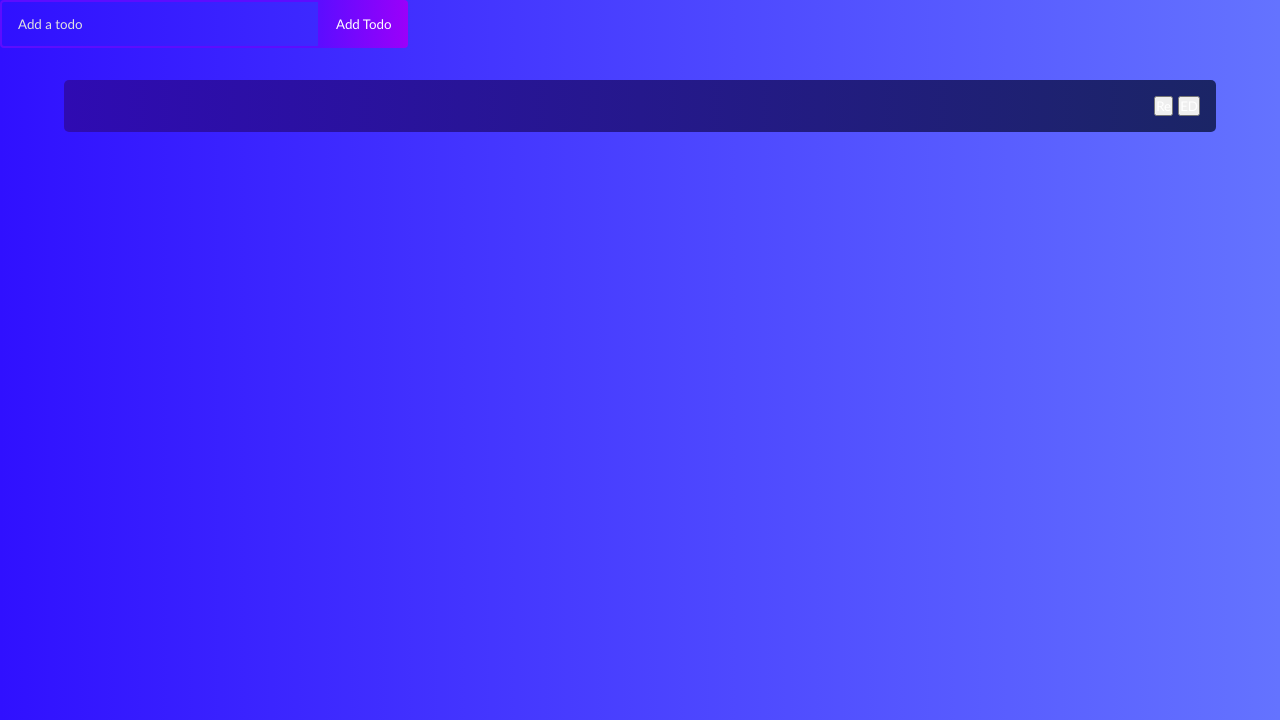
Repository: kirangautam45/ToDoList
Page: /, after clicking the first element matching `button.todo-button`
These files come from the project's save history. The page is drawn as it stood at one moment and after a run of saves; the edit follows.
The browser window is 1280 px wide. The pictures show the whole page.
The project was rebuilt for these pictures with package versions that can differ from the ones it lists, and the page was loaded fresh each time.

Above is the page before, as saved 2022-08-06 08:43:18.

### src/App.js
import React, { useState } from 'react';
import TodoForm from './TodoForm';
import Todo from './Todo';
function App() {
  const [todos, setTodos] = useState([]);

  const addTodo = todo => {

    const newTodos = [todo, ...todos];

    setTodos(newTodos);
    console.log(...todos);
  };

  const updateTodo = (todoId, newValue) => {

    setTodos(prev => prev.map(item => (item.id === todoId ? newValue : item)));
  };

  const removeTodo = id => {
    const removedArr = [...todos].filter(todo => todo.id !== id);

    setTodos(removedArr);
  };

  const completeTodo = id => {
    let updatedTodos = todos.map(todo => {
      if (todo.id === id) {
        todo.isComplete = !todo.isComplete;
      }
      return todo;
    });
    setTodos(updatedTodos);
  };
  return (
    <div className="App">
    <TodoForm onSubmit={addTodo} />
      <Todo
        todos={todos}
        completeTodo={completeTodo}
        removeTodo={removeTodo}
        updateTodo={updateTodo}
      />
    </div>
  );
}

export default App;

### src/TodoForm.js
import React, { useState, useEffect, useRef } from "react";
import "./App.css";

const TodoForm = (props) => {
  const [input, setInput] = useState(props.edit ? props.edit.value : "");

  const inputRef = useRef(null);

  useEffect(() => {
    inputRef.current.focus();
  });

  const handleChange = (e) => {
    setInput(e.target.value);
  };

  const handleSubmit = (e) => {
    e.preventDefault();

    props.onSubmit({
      id: Math.floor(Math.random() * 10000),
      text: input,
    });
    setInput("");
  };
  return (
    <div>
      <form onSubmit={handleSubmit} className="todo-form">
        {props.edit ? (
          <>
            <input
              placeholder="update your item"
              value={input}
              onChange={handleChange}
              name="text"
              ref={inputRef}
              classname="todo-input edit"
            />
            <button onclick={handleSubmit} className="todo-button edit">
              Update
            </button>
          </>
        ) : (
          <>
            <input
              placeholder="Add a todo"
              value={input}
              onChange={handleChange}
              name="text"
              className="todo-input"
              ref={inputRef}
            />
            <button onClick={handleSubmit} className="todo-button">
              Add todo
            </button>
          </>
        )}
      </form>
    </div>
  );
};

export default TodoForm;

### src/Todo.js
import React, { useState } from "react";
import TodoForm from "./TodoForm";
import "./App.css"

const Todo = ({ todos, completeTodo, removeTodo, updateTodo }) => {
  const [edit, setEdit] = useState({
    id: null,
    value: "",
  });

  const submitUpdate = (value) => {
    updateTodo(edit.id, value);
    setEdit({
      id: null,
      value: "",
    });
  };

  if (edit.id) {
    return <TodoForm edit={edit} onSubmit={submitUpdate} />;
  }

  return todos.map((todo, index) => (
    <div
      className={todo.isComplete ? "todo-row complete" : "todo-row"}
      key={index}
    >
      <div key={todo.id} onClick={() => completeTodo(todo.id)}>
        {todo.text}
      </div>
      <div className="icons">
        <button onClick={() => removeTodo(todo.id)} className="delete-icon">
          {" "}
          Re
        </button>
        <button
          onClick={() => setEdit({ id: todo.id, value: todo.text })}
          className="edit-icon"
        >
          {" "}
          ED
        </button>
      </div>
    </div>
  ));
};

export default Todo;

### src/App.css
* {
  box-sizing: border-box;
  margin: 0;
  padding: 0;
  font-family: 'Trebuchet MS', 'Lucida Sans Unicode', 'Lucida Grande',
    'Lucida Sans', Arial, sans-serif;
}

body {
  background: linear-gradient(
    90deg,
    rgba(48, 16, 255, 1) 0%,
    rgba(100, 115, 255, 1) 100%
  );
}
.todo-app {
  display: flex;
  flex-direction: column;
  justify-content: start;
  width: 520px;
  min-height: 600px;
  background: #161a2b;
  text-align: center;
  margin: 128px auto;
  border-radius: 10px;
  padding-bottom: 32px;
}

h1 {
  margin: 32px 0;
  color: #fff;
  font-size: 24px;
}

.complete {
  text-decoration: line-through;
  opacity: 0.4;
}

.todo-form {
  margin-bottom: 32px;
}

.todo-input {
  padding: 14px 32px 14px 16px;
  border-radius: 4px 0 0 4px;
  border: 2px solid #5d0cff;
  outline: none;
  width: 320px;
  background: transparent;
  color: #fff;
}

.todo-input::placeholder {
  color: #e2e2e2;
}

.todo-button {
  padding: 16px;
  border: none;
  border-radius: 0 4px 4px 0;
  cursor: pointer;
  outline: none;
  background: linear-gradient(
    90deg,
    rgba(93, 12, 255, 1) 0%,
    rgba(155, 0, 250, 1) 100%
  );
  color: #fff;
  text-transform: capitalize;
}

.todo-input.edit {
  border: 2px solid #149fff;
}

.todo-button.edit {
  background: linear-gradient(
    90deg,
    rgba(20, 159, 255, 1) 0%,
    rgba(17, 122, 255, 1) 100%
  );
  padding: 16px 22px;
}

.todo-container {
  display: flex;
  flex-direction: row;
  position: relative;
}

.todo-row {
  display: flex;
  justify-content: space-between;
  align-items: center;
  margin: 4px auto;
  color: #fff;
  background: linear-gradient(
    90deg,
    rgb(47, 11, 178) 0%,
    rgb(27, 37, 102) 100%
  );

  padding: 16px;
  border-radius: 5px;
  width: 90%;
}



.icons {
  display: flex;
  align-items: center;
  font-size: 24px;
  cursor: pointer;
}

.delete-icon {
  margin-right: 5px;
  color: #fff;
}

.edit-icon {
  color: #fff;
}

Loaded but not shown: public/index.html (common file); src/index.js (common file); src/index.css (common file); src/reportWebVitals.js (common file)

After the next 4 saves:
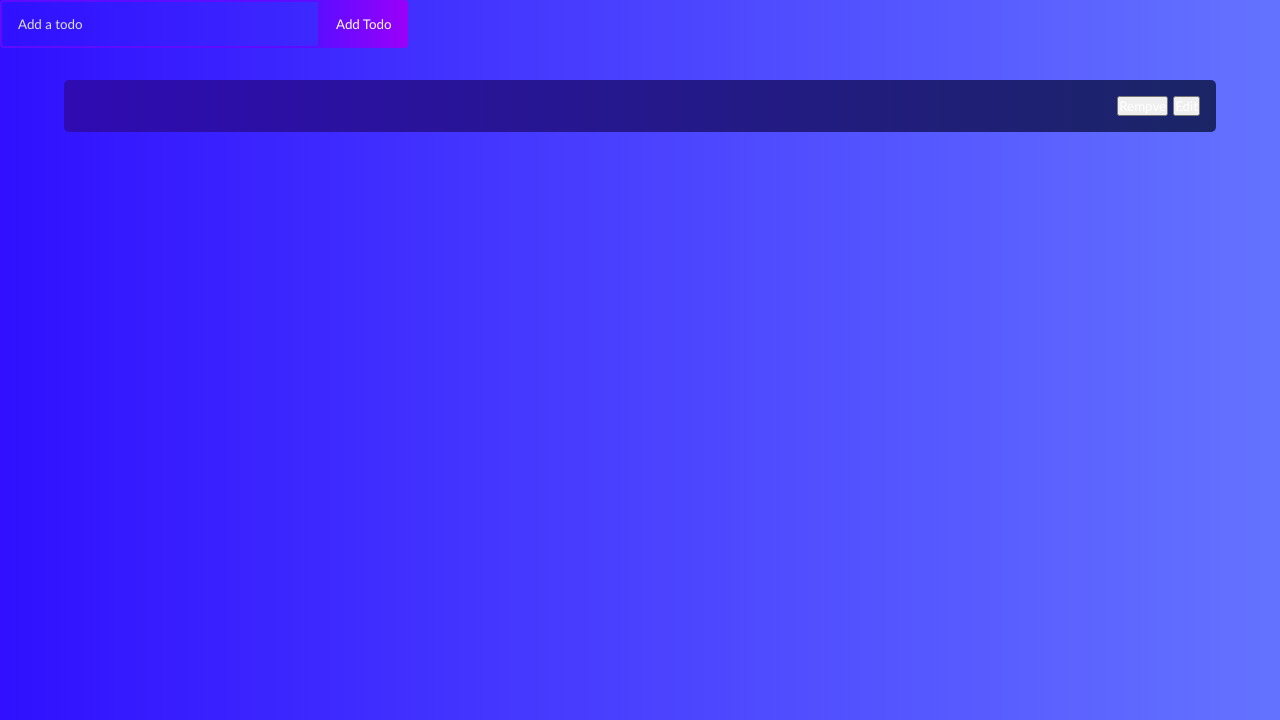
The 4 saves are shown as one change because they came seconds apart.
The last was saved 57 s later.
--- a/src/Todo.js
+++ b/src/Todo.js
@@ -1,6 +1,6 @@
 import React, { useState } from "react";
 import TodoForm from "./TodoForm";
-import "./App.css"
+import "./App.css";
 
 const Todo = ({ todos, completeTodo, removeTodo, updateTodo }) => {
   const [edit, setEdit] = useState({
@@ -31,14 +31,14 @@ const Todo = ({ todos, completeTodo, removeTodo, updateTodo }) => {
       <div className="icons">
         <button onClick={() => removeTodo(todo.id)} className="delete-icon">
           {" "}
-          Re
+          Rempve
         </button>
         <button
           onClick={() => setEdit({ id: todo.id, value: todo.text })}
           className="edit-icon"
         >
           {" "}
-          ED
+          Edit
         </button>
       </div>
     </div>
